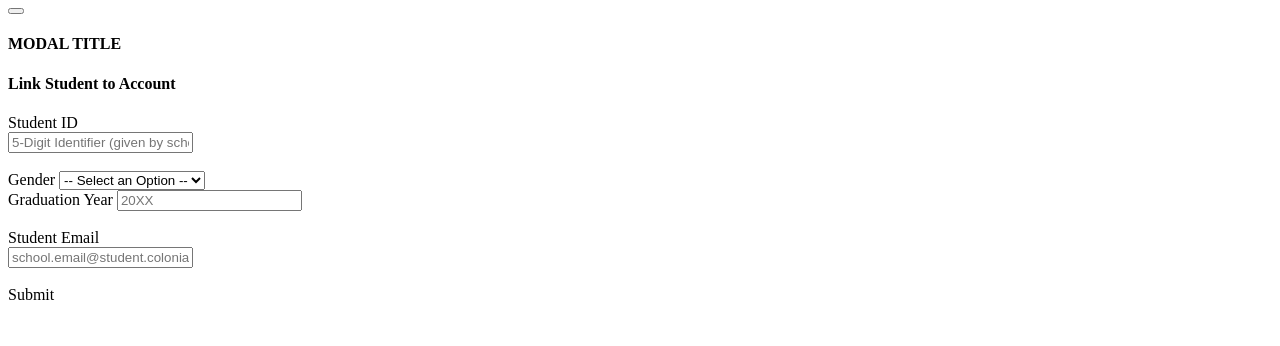
Repository: DavidGracias/florida_trip
Page: http://localhost/includes/modals/newStudentConnection.php
The author's editor kept a record of every edit. The page is drawn from the files as they stood at one moment, then again after the next edit.
The browser window is 1280 px wide. The pictures show the whole page.
The page is run by PHP 8.4 with error messages shown; the project is at /var/www/html/.

Above is the page before.
Console error: ReferenceError: $ is not defined

After the next edit:
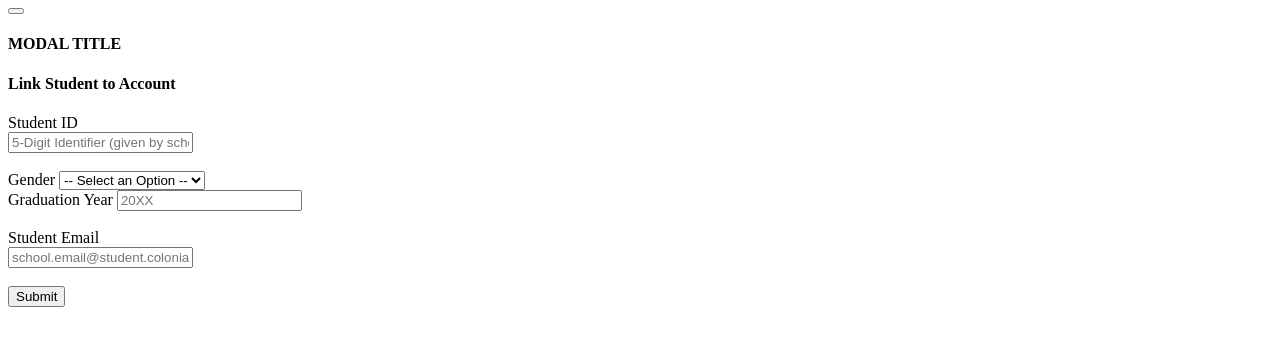
The edit:
--- a/includes/modals/newStudentConnection.php
+++ b/includes/modals/newStudentConnection.php
@@ -61,7 +61,7 @@
                 </div>
                 <br/>
                 <div class="modal-footer">
-                    <div class="btn btn-primary pull-right">Submit</div>
+                    <button type="submit" value="submit" class="btn btn-primary pull-right">Submit</button>
                     <div class="clear"></div>
                 </div>
                 <script>
